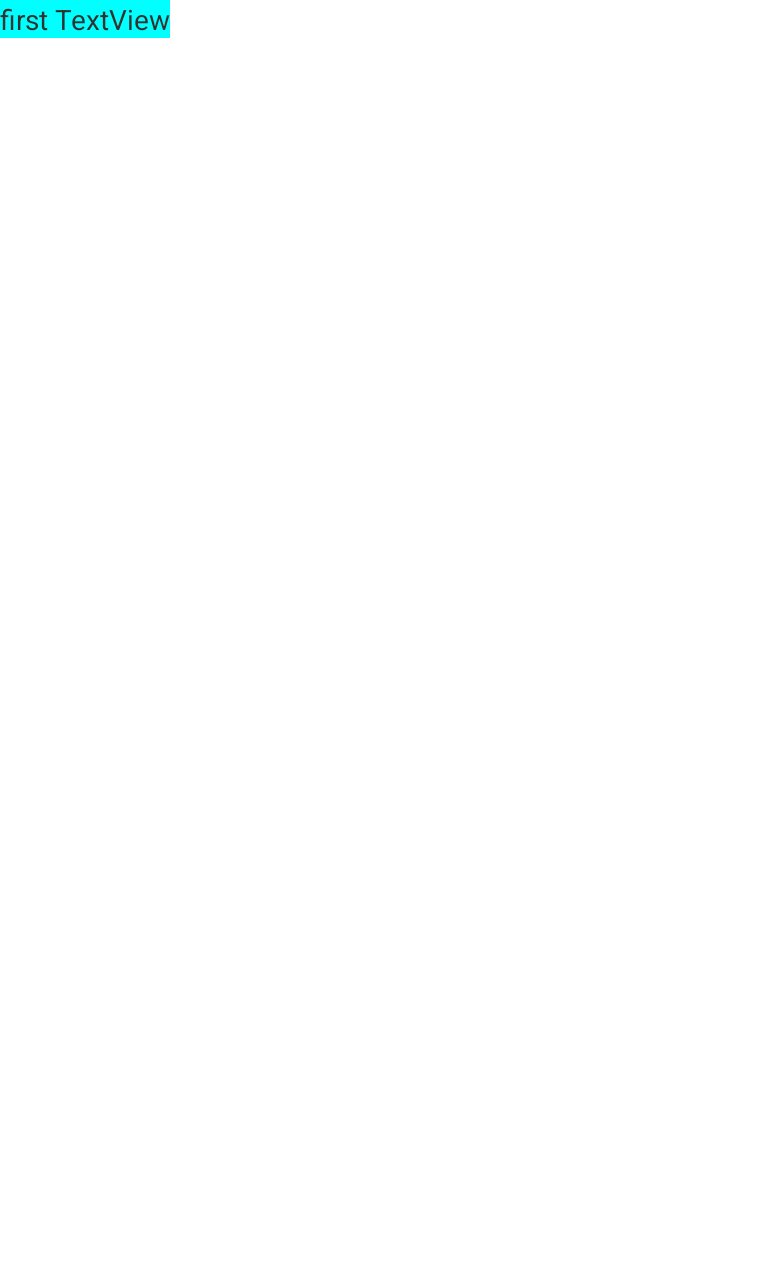
Repository: founderzhl/MarsAndroid
Layout: S01_E13_RelativeLayout/res/layout/activity_main.xml
These files come from the project's save history. The layout is drawn as it stood at one moment and after the next save; the edit follows.
It is drawn on a 768 x 1280 px phone screen (xhdpi) without system bars, with theme AppTheme; the app's code is not run.

Above is the layout before, as saved 2015-01-21 16:26:06.

After the next save:
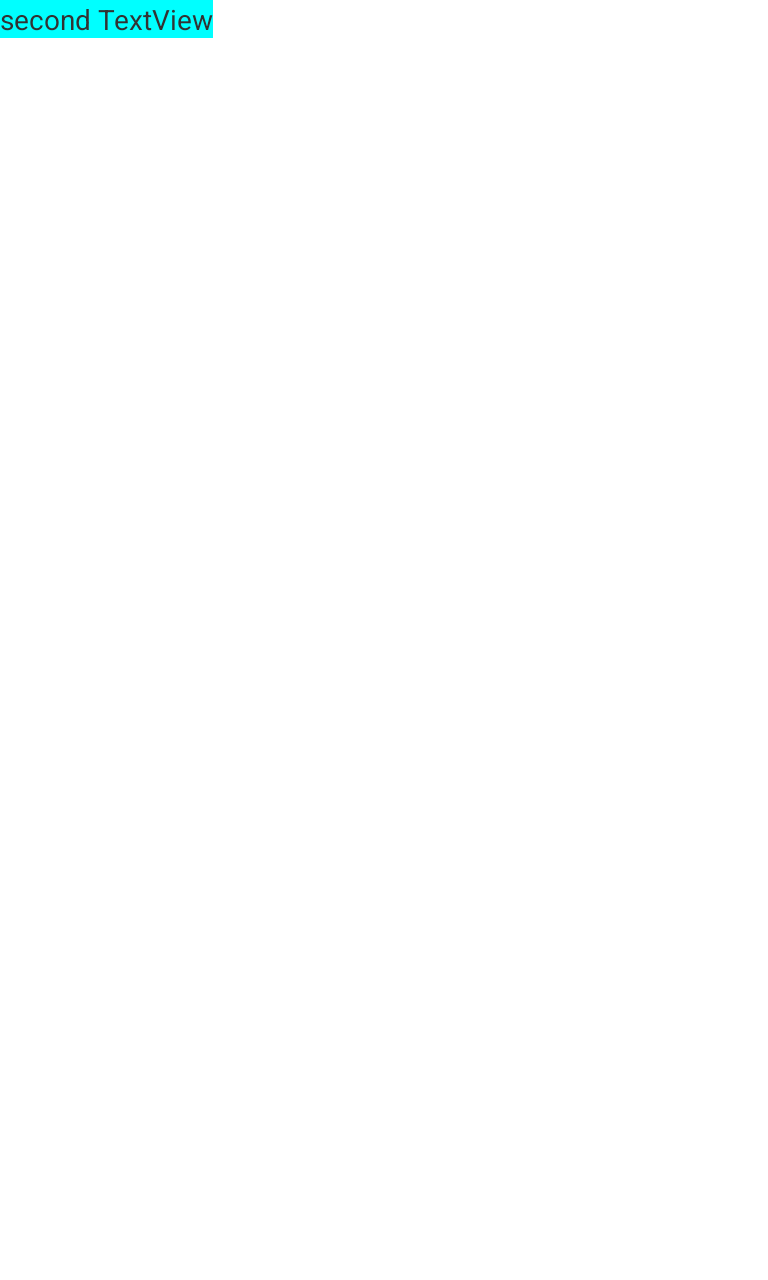
Saved 18 s later.
--- a/S01_E13_RelativeLayout/res/layout/activity_main.xml
+++ b/S01_E13_RelativeLayout/res/layout/activity_main.xml
@@ -14,7 +14,7 @@
         android:layout_width="wrap_content"
         android:layout_height="wrap_content"
         android:background="#00FFFF"
-        android:text="first TextView" />
+        android:text="second TextView" />
 
 
 
